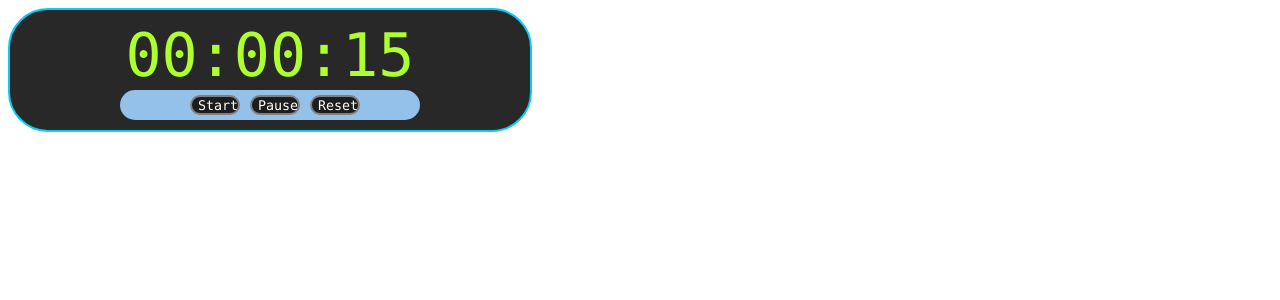
Repository: albinsabu2023/Stopwatch-program
Page: index.html
An editor plug-in stored every save of this project. The page is shown before and after the next save, followed by the edit.
The browser window is 1280 px wide. The pictures show the whole page.
After loading, the first visible `#start` was clicked once.

Above is the page before, as saved 2023-03-04 00:09:38.

After the next save:
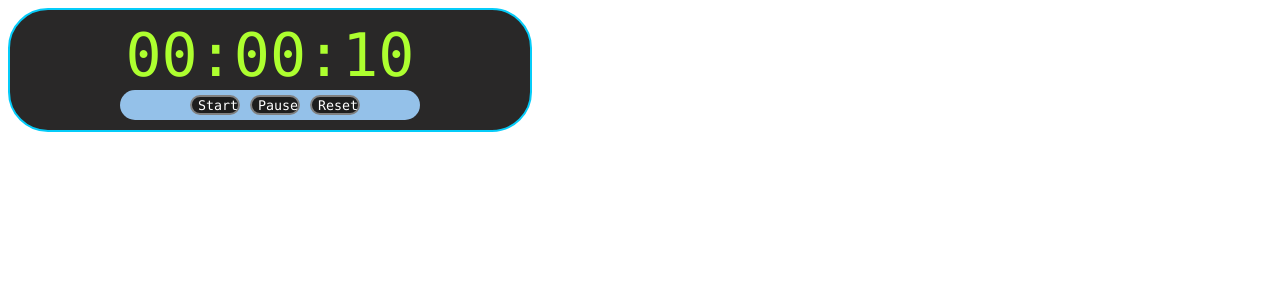
Saved 22 s later.
--- a/index.js
+++ b/index.js
@@ -16,7 +16,7 @@ start.addEventListener("click", () => {
   if (paused) {
     paused = false;
     sTime = Date.now() - eTime;
-    intervalId = setInterval(updateTime, 75);
+    intervalId = setInterval(updateTime, 1000);
   }
 });
 

After the save that followed:
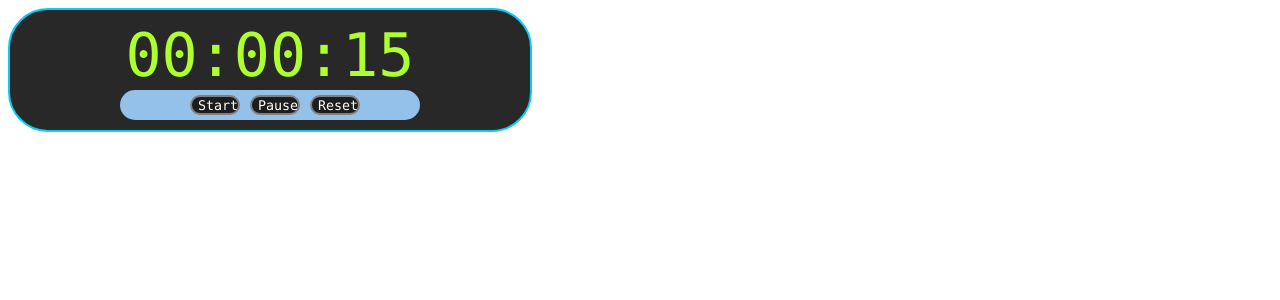
Saved 17 s later.
--- a/index.js
+++ b/index.js
@@ -16,7 +16,7 @@ start.addEventListener("click", () => {
   if (paused) {
     paused = false;
     sTime = Date.now() - eTime;
-    intervalId = setInterval(updateTime, 1000);
+    intervalId = setInterval(updateTime, 5);
   }
 });
 
